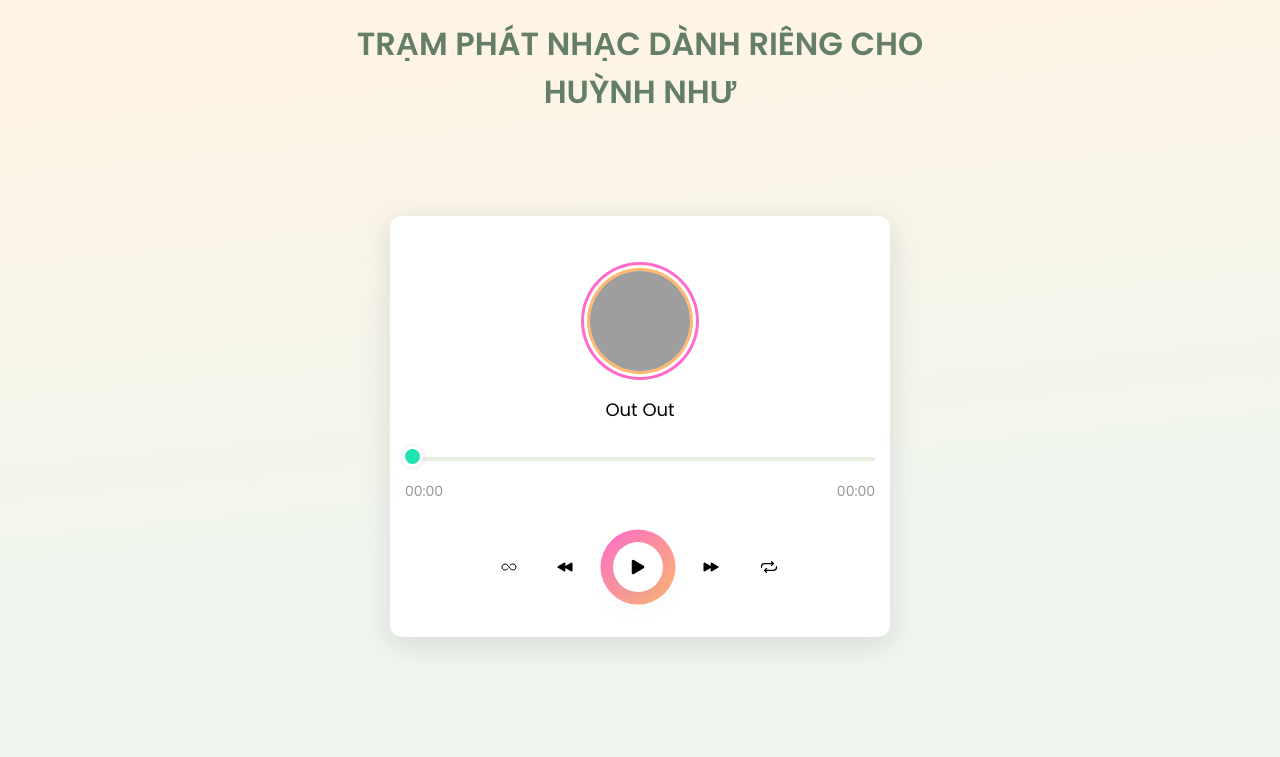
Repository: VuTuanAnh0949/Mp3
Page: index.html
An editor plug-in stored every save of this project. The page is shown before and after the next save, followed by the edit.
The browser window is 1280 px wide. The pictures show the whole page.
Pictures or frames that could not be fetched are drawn as grey boxes.

Above is the page before, as saved 2022-09-25 15:00:57.

### index.html
<!DOCTYPE html>
<html lang="en">

<head>
    <meta charset="UTF-8">
    <meta http-equiv="X-UA-Compatible" content="IE=edge">
    <meta name="viewport" content="width=device-width, initial-scale=1.0">
    <link rel="stylesheet" href="app.css">
    <link rel="preconnect" href="https://fonts.googleapis.com">
    <link rel="preconnect" href="https://fonts.gstatic.com" crossorigin>
    <link href="https://fonts.googleapis.com/css2?family=Poppins:wght@300;400;600&family=Roboto:ital,wght@0,300;1,300&display=swap" rel="stylesheet">
    <title>MP3</title>
    <script type="module" src="https://unpkg.com/ionicons@5.5.2/dist/ionicons/ionicons.esm.js"></script>
    <script nomodule src="https://unpkg.com/ionicons@5.5.2/dist/ionicons/ionicons.js"></script>
</head>

<body>
    <div class="title">
        <h1>TRẠM PHÁT NHẠC DÀNH RIÊNG CHO </h1>
        <h1>HUỲNH NHƯ</h1>
    </div>
    <div class="music">
        <div class="music-thumb">
            <img src="https://unsplash.com/blog/content/images/size/w1600/2022/06/jon-anders-dalan-9jSe9ZIFtGw-unsplash.jpg" alt="">
        </div>
        <h3 class="music-name">The Night</h3>
        <input type="range" name="range" id="range" class="range">
        <audio src="./music/nhabangiau.mp3" id="song"></audio>
        <div class="timer">
            <div class="duration">2:10</div>
            <div class="remaining">-3:10</div>
        </div>
        <div class="controls">
            <ion-icon name="infinite-outline" class="play-infinite"></ion-icon>
            <ion-icon name="play-back" class="play-back"></ion-icon>
            <div class="play">
                <div class="player-inner">
                    <ion-icon name="play" class="play-icon"></ion-icon>
                </div>
            </div>
            <ion-icon name="play-forward" class="play-forward"></ion-icon>
            <ion-icon name="repeat-outline" class="play-repeat"></ion-icon>
        </div>
    </div>

<script src="./app.js"></script>

</body>

</html>

### app.css
html {
    box-sizing: border-box;
  }
  * {
    margin: 0;
    padding: 0;
  }
  *,
  *:before,
  *:after {
    box-sizing: border-box;
  }
  input,
  textarea,
  select,
  button {
    outline: none;
  }
  input {
    line-height: normal;
  }
  label,
  button {
    cursor: pointer;
  }
  a {
    text-decoration: none;
  }
  img {
    display: block;
    max-width: 100%;
  }
  body {
    font-family: "Poppins", sans-serif;
    padding: 20px;
    max-width: 1000vh;
    max-height: 1000vh;
    background-image: linear-gradient( 174.2deg,  rgba(255,244,228,1) 7.1%, rgba(240,246,238,1) 67.4% );
   background-size: cover;
  }
 .title{
  color:#647E68;
  display: inline;
  align-items: center;
  justify-content: center;;
  text-align: center;;
 }
  .music {
    max-width: 500px;
    margin: 100px auto;
    border-radius: 12px;
    background-color: white;
    box-shadow: rgba(100, 100, 111, 0.2) 0px 7px 29px 0px;
    padding: 55px 15px 45px;
  }
  .music-thumb {
    width: 100px;
    height: 100px;
    margin: 0 auto 25px;
  }
  .music-thumb.is-playing {
    animation: spinner 5s infinite linear;
  }
  .music-thumb img {
    width: 100%;
    height: 100%;
    object-fit: cover;
    border-radius: 100rem;
    box-shadow: 0 0 0 3px #ffb86c, 0 0 0 6px white, 0 0 0 9px #ff6bcb;
  }
  .music-name {
    font-size: 18px;
    font-weight: 500;
    text-align: center;
    margin-bottom: 20px;
  }
  .timer {
    display: flex;
    justify-content: space-between;
    align-items: center;
    font-size: 14px;
    color: #999;
    margin-bottom: 40px;
  }
  .controls {
    display: flex;
    justify-content: center;
    align-items: center;
    gap: 0 40px;
  }
  .play {
    position: relative;
  }
  .play:before {
    content: "";
    position: absolute;
    inset: 0;
    background-image: linear-gradient(to right bottom, #ff6bcb, #ffb86c);
    transform: scale(1.5);
    border-radius: 100rem;
  }
  .player-inner {
    width: 50px;
    height: 50px;
    border-radius: 100rem;
    background-color: white;
    display: flex;
    justify-content: center;
    align-items: center;
    cursor: pointer;
    box-shadow: rgba(149, 157, 165, 0.2) 0px 8px 24px;
    font-size: 20px;
    position: relative;
    z-index: 2;
  }
  .play-repeat,
  .play-back,
  .play-forward {
    cursor: pointer;
  }
  .range {
    -webkit-appearance: none; /* Hides the slider so that custom slider can be made */
    width: 100%; /* Specific width is required for Firefox. */
    background: transparent; /* Otherwise white in Chrome */
    margin-bottom: 20px;
     background: chartreuse;
  }
  .range::-webkit-slider-runnable-track {
    width: 100%;
    height: 4px;
    background-color: #eeee;
  }
  .range::-webkit-slider-thumb {
    -webkit-appearance: none;
    background-color: #20e3b2;
    width: 15px;
    height: 15px;
    border-radius: 100rem;
    margin-top: -8px;
    box-shadow: 0 0 0 3px white, 0 0 0 6px rgba(100, 100, 111, 0.05);
  }
  @keyframes spinner {
    to {
      transform: rotate(360deg);
    }
  }
  .play-repeat {
    font-size: 20px;
  }

### app.js
const song = document.getElementById("song");
const playBtn = document.querySelector(".player-inner");
const nextBtn = document.querySelector(".play-forward");
const prevBtn = document.querySelector(".play-back");
const durationTime = document.querySelector(".duration")
const remainingTime = document.querySelector(".remaining")
const rangeBar = document.querySelector(".range");
const musicName = document.querySelector(".music-name");
const musicThumbnail = document.querySelector(".music-thumb");
const musicImage = document.querySelector(".music-thumb img");
const playRepeat = document.querySelector(".play-repeat");

let isPlaying = true;
let indexSong = 0;
let isRepeat = false;
/* const musics = ["thenight.mp3","nhabangiau.mp3","outout.mp3","moveyour.mp3"]; */
const musics =[
  {
    id: 1,
    title: "Out Out",
    file: "outout.mp3",
    image: "https://c4.wallpaperflare.com/wallpaper/545/756/905/anime-anime-girls-mask-simple-background-hd-wallpaper-thumb.jpg"
},
      {
          id: 2,
          title: "Nhà Bạn Giàu",
          file: "nhabangiau.mp3",
          image: "https://images.unsplash.com/photo-1495430288918-03be19c7c485?ixlib=rb-1.2.1&ixid=MnwxMjA3fDB8MHxwaG90by1wYWdlfHx8fGVufDB8fHx8&auto=format&fit=crop&w=387&q=80"
      },
      {
        id: 3,
        title: "The Night",
        file: "thenight.mp3",
        image: "https://images.unsplash.com/photo-1532767153582-b1a0e5145009?ixlib=rb-1.2.1&ixid=MnwxMjA3fDB8MHxwaG90by1wYWdlfHx8fGVufDB8fHx8&auto=format&fit=crop&w=387&q=80"
    },
    {
      id: 4,
      title: "Move Your..",
      file: "moveyour.mp3",
      image: "https://c4.wallpaperflare.com/wallpaper/663/420/862/car-purple-retrowave-landscape-wallpaper-thumb.jpg"
  }

]
let timer;
let repeatCount = 0;
playRepeat.addEventListener("click", function () {
  if (isRepeat) {
    isRepeat = false;
    playRepeat.removeAttribute("style");
  } else {
    isRepeat = true;
    playRepeat.style.color = "#ffb86c";
  }
});
nextBtn.addEventListener("click", function () {
  changeSong(1);
});
prevBtn.addEventListener("click", function () {
  changeSong(-1);
});
song.addEventListener("ended", handleEndedSong);
function handleEndedSong() {
  repeatCount++;
  if (isRepeat && repeatCount === 1) {
    // handle repeat song
    isPlaying = true;
    playPause();
  } else {
    changeSong(1);
  }
}
function changeSong(dir) {
    if (dir === 1) {
      // next song
      indexSong++;
      if (indexSong >= musics.length) {
        indexSong = 0;
      }
      isPlaying = true;
    } else if (dir === -1) {
      // prev song
      indexSong--;
      if (indexSong < 0) {
        indexSong = musics.length - 1;
      }
      isPlaying = true;
    }
    init(indexSong);
    // song.setAttribute("src", `./music/${musics[indexSong].file}`);
    playPause();
  }

  playBtn.addEventListener("click", playPause);
  function playPause() {
    if (isPlaying) {
      musicThumbnail.classList.add("is-playing");
      song.play();
      playBtn.innerHTML = `<ion-icon name="pause-circle"></ion-icon>`;
      isPlaying = false;
      timer = setInterval(displayTimer, 500);
    } else {
      musicThumbnail.classList.remove("is-playing");
      song.pause();
      playBtn.innerHTML = `<ion-icon name="play"></ion-icon>`;
      isPlaying = true;
      clearInterval(timer);
    }
  }
  function displayTimer() {
    const { duration, currentTime } = song;
    rangeBar.max = duration;
    rangeBar.value = currentTime;
    remainingTime.textContent = formatTimer(currentTime);
    if (!duration) {
      durationTime.textContent = "00:00";
    } else {
      durationTime.textContent = formatTimer(duration);
    }
  }
  function formatTimer(number) {
    const minutes = Math.floor(number / 60);
    const seconds = Math.floor(number - minutes * 60);
    return `${minutes < 10 ? "0" + minutes : minutes}:${
      seconds < 10 ? "0" + seconds : seconds
    }`;
  }
  rangeBar.addEventListener("change", handleChangeBar);
  function handleChangeBar() {
    song.currentTime = rangeBar.value;
  }
  function init(indexSong) {
    song.setAttribute("src", `./music/${musics[indexSong].file}`);
    musicImage.setAttribute("src", musics[indexSong].image);
    musicName.textContent = musics[indexSong].title;
  }
  displayTimer();
  init(indexSong);

After the next save:
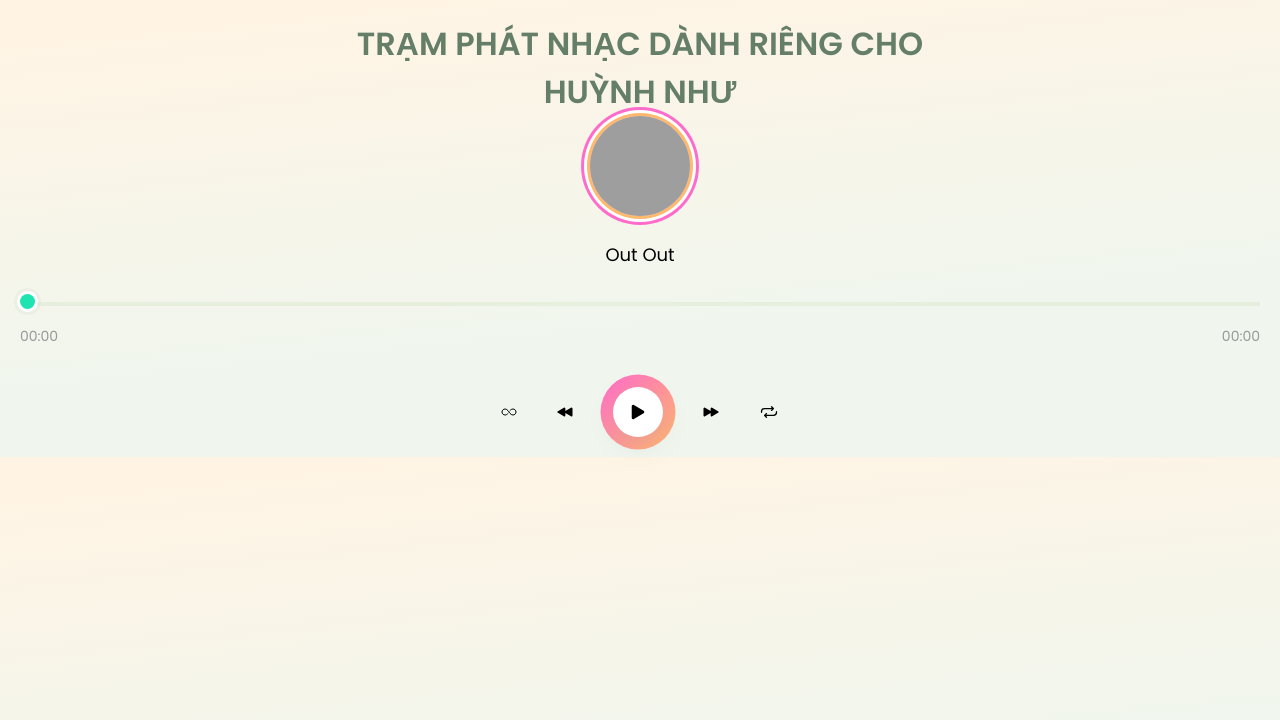
Saved 8 s later.
--- a/app.css
+++ b/app.css
@@ -45,6 +45,7 @@
   justify-content: center;;
   text-align: center;;
  }
+ .title
   .music {
     max-width: 500px;
     margin: 100px auto;

After the save that followed:
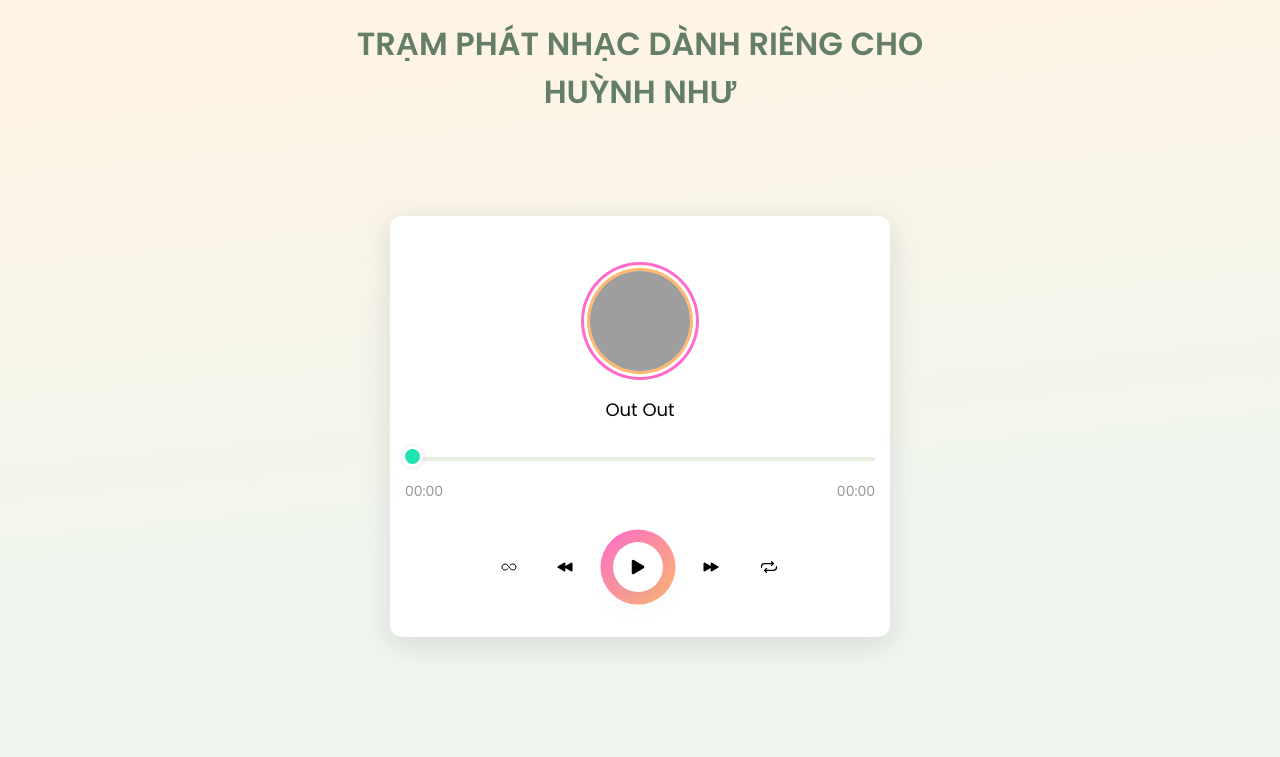
Saved 8 s later.
--- a/app.css
+++ b/app.css
@@ -45,7 +45,9 @@
   justify-content: center;;
   text-align: center;;
  }
- .title
+ .title+h1{
+  color: red;
+ }
   .music {
     max-width: 500px;
     margin: 100px auto;
